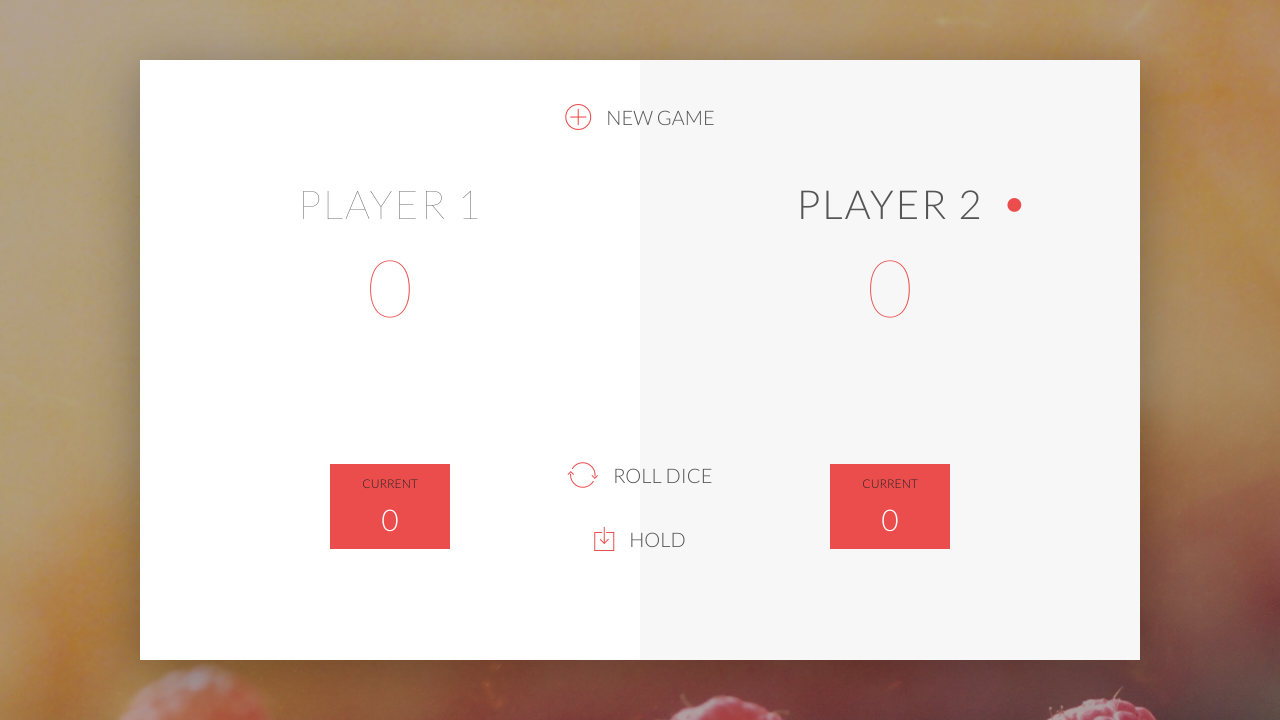
Repository: hexanek/hexanek.github.io
Page: pig-game/index.html
The author's editor kept a copy of each file at every save. The page is drawn from the files as they stood at one save, then again after the next save.
The browser window is 1280 px wide. The pictures show the whole page.
After loading, the first visible `button.btn-hold` was clicked once.

Above is the page before, as saved 2019-12-18 15:44:33.

After the next save:
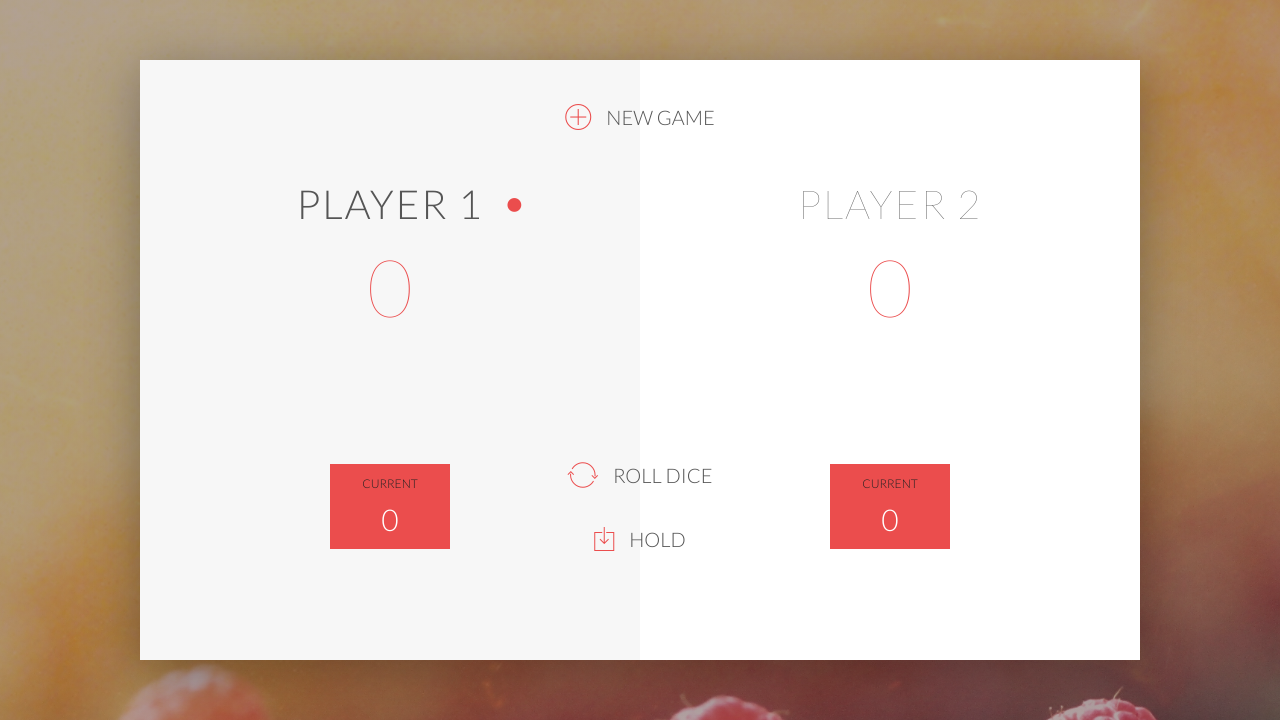
Console error: TypeError: Cannot read properties of undefined (reading 'undefined')
Saved 25 min 35 s later.
--- a/pig-game/app.js
+++ b/pig-game/app.js
@@ -11,9 +11,7 @@ GAME RULES:
 
 var scores, roundScore, activePlayer;
 
-scores = [0,0];
-roundScore = 0;
-activePlayer = 0;
+
 
 
 
@@ -47,17 +45,7 @@ document.querySelector('.btn-roll').addEventListener('click', function(){
 
 });
 
-function nextPlayer(){
-    activePlayer === 0 ? activePlayer = 1 : activePlayer = 0;
-        roundScore = 0;
-        document.getElementById('current-0').textContent = '0';
-        document.getElementById('current-1').textContent = '0';
 
-        document.querySelector('.player-0-panel').classList.toggle('active');
-        document.querySelector('.player-1-panel').classList.toggle('active');
-
-        document.querySelector('.dice').style.display = 'none';
-}
 
 document.querySelector('.btn-hold').addEventListener('click', function(){
     scores[activePlayer] += roundScore;
@@ -76,3 +64,21 @@ document.querySelector('.btn-hold').addEventListener('click', function(){
 
     }
 });
+
+function nextPlayer(){
+    activePlayer === 0 ? activePlayer = 1 : activePlayer = 0;
+        roundScore = 0;
+        document.getElementById('current-0').textContent = '0';
+        document.getElementById('current-1').textContent = '0';
+
+        document.querySelector('.player-0-panel').classList.toggle('active');
+        document.querySelector('.player-1-panel').classList.toggle('active');
+
+        document.querySelector('.dice').style.display = 'none';
+}
+
+function init(){
+    scores = [0,0];
+    roundScore = 0;
+    activePlayer = 0;
+}
